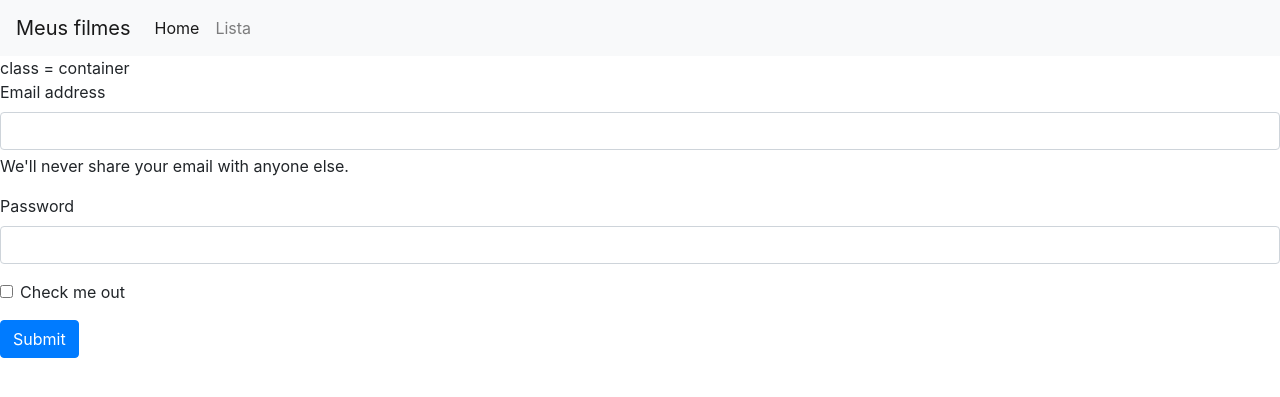
Repository: fernandoblumenau/javaWEB
Page: http://localhost/MeusFilmes/
An editor plug-in stored every save of this project. The page is shown before and after the next save, followed by the edit.
The browser window is 1280 px wide. The pictures show the whole page.
The page is served by Tomcat 10.

Above is the page before, as saved 2022-03-25 21:45:44.

After the next save:
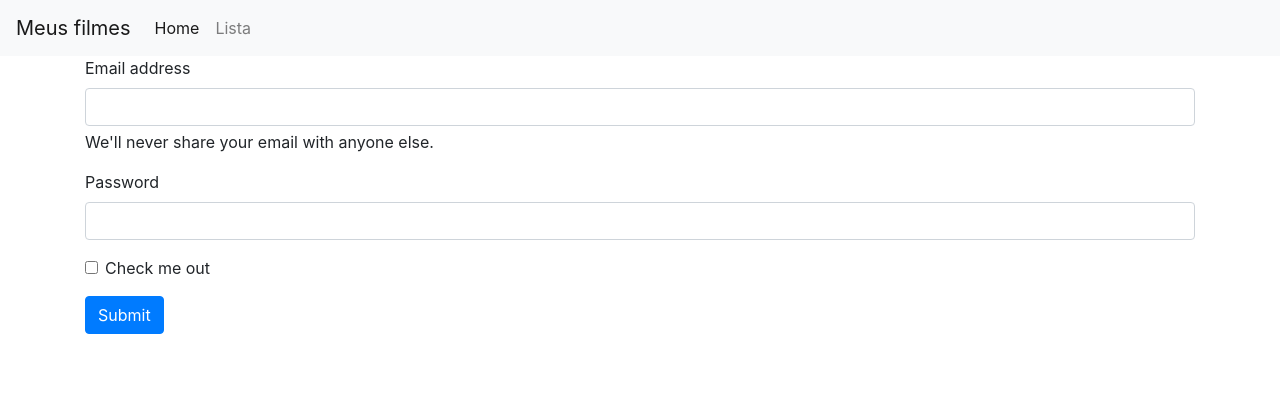
Saved 19 s later.
--- a/MeusFilmes/src/main/webapp/WEB-INF/home.jsp
+++ b/MeusFilmes/src/main/webapp/WEB-INF/home.jsp
@@ -35,7 +35,7 @@
 <script src="https://cdn.jsdelivr.net/npm/jquery@3.5.1/dist/jquery.slim.min.js" integrity="sha384-DfXdz2htPH0lsSSs5nCTpuj/zy4C+OGpamoFVy38MVBnE+IbbVYUew+OrCXaRkfj" crossorigin="anonymous"></script>
 <script src="https://cdn.jsdelivr.net/npm/bootstrap@4.6.1/dist/js/bootstrap.bundle.min.js" integrity="sha384-fQybjgWLrvvRgtW6bFlB7jaZrFsaBXjsOMm/tB9LTS58ONXgqbR9W8oWht/amnpF" crossorigin="anonymous"></script>
 
-<div> class = container
+<div class = container>
 <form>
   <div class="mb-3">
     <label for="exampleInputEmail1" class="form-label">Email address</label>
